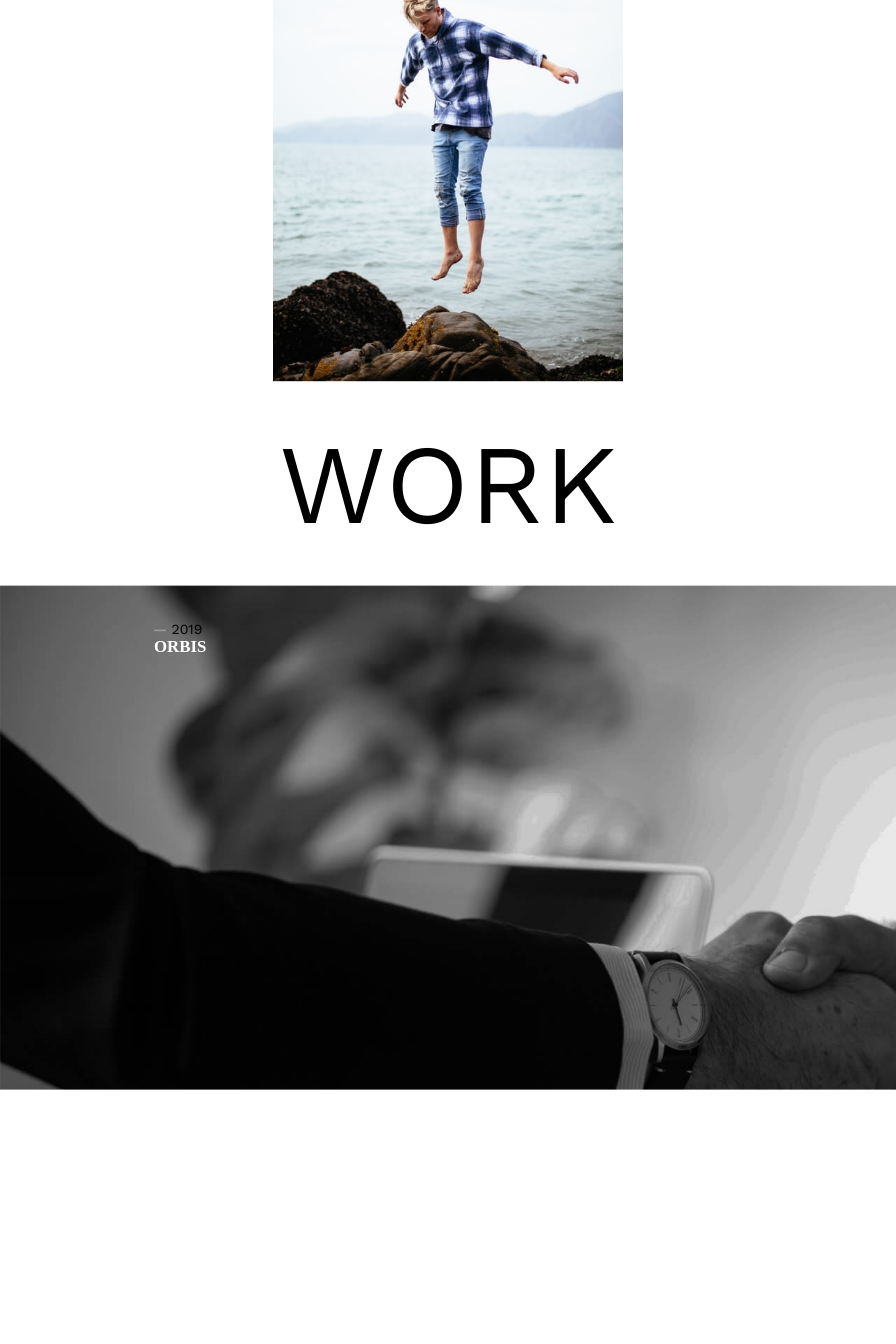
Repository: m0lt/DigitalDesigner
Page: index.html
The author's editor kept a copy of each file at every save. The page is drawn from the files as they stood at one save, then again after the next save.
The browser window is 1280 px wide. The pictures show the part of the page from y = 571 to 2491 px (the page is 2848 px tall), at 70% of full size.
Backgrounds fixed to the window are drawn as part of the page.

Above is the page before, as saved 2025-07-08 10:50:18.

After the next save:
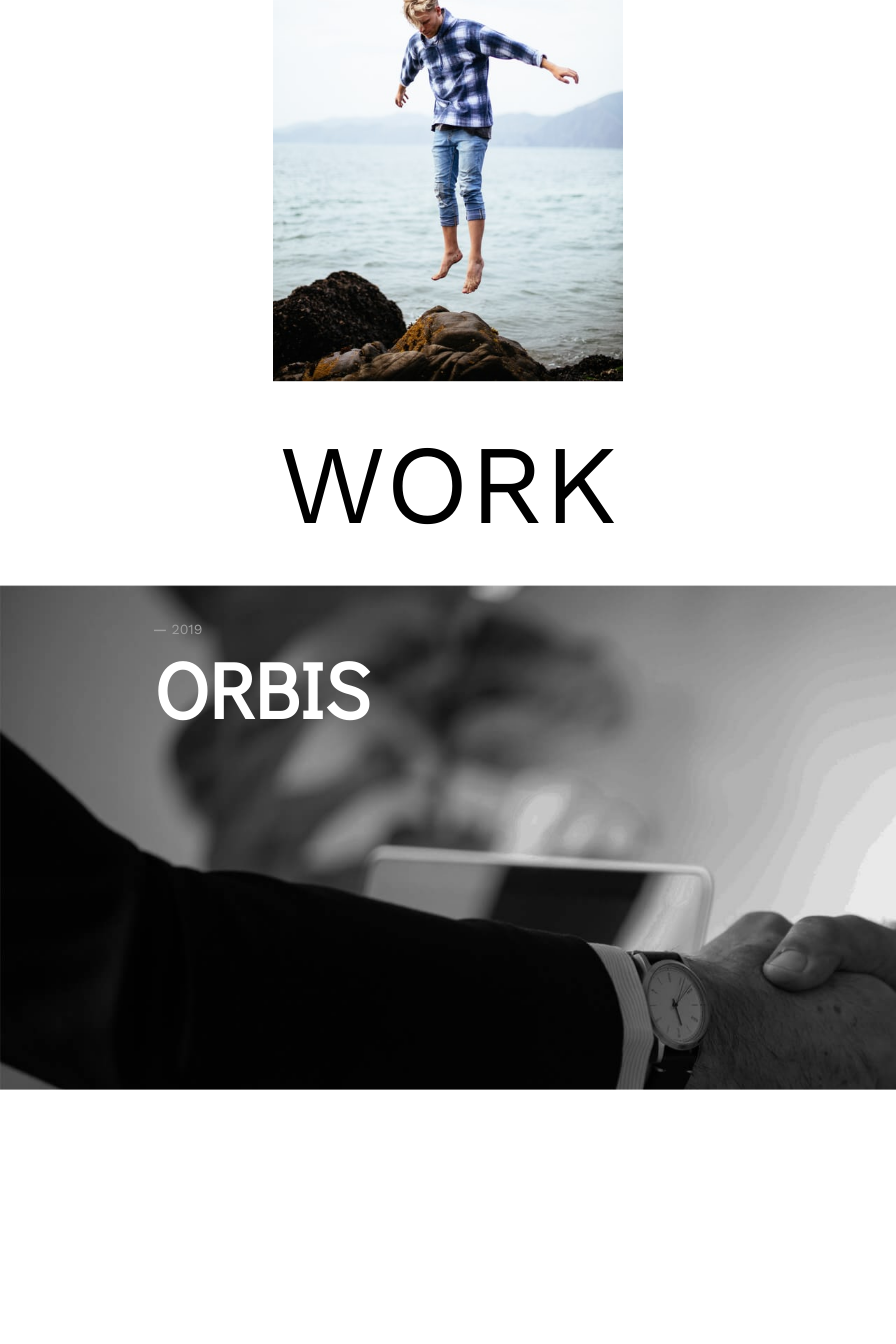
Saved 37 s later.
--- a/assets/css/styles.css
+++ b/assets/css/styles.css
@@ -38,6 +38,11 @@ h1 {
   margin: 30px;
 }
 
+h2 {
+  font-family: "Didact Gothic";
+  font-size: 112px;
+}
+
 .content {
   padding: 50px 220px;
   height: 100vh;
@@ -63,12 +68,14 @@ h1 {
 .light {
 }
 
-.dark {
+.dark p {
+  color: var(--light);
 }
 .dark h2 {
   color: var(--bright);
 }
-.dark p {
+.dark button {
+  border: var(--bright);
 }
 .dark .Year::before {
   background-color: var(--light);
